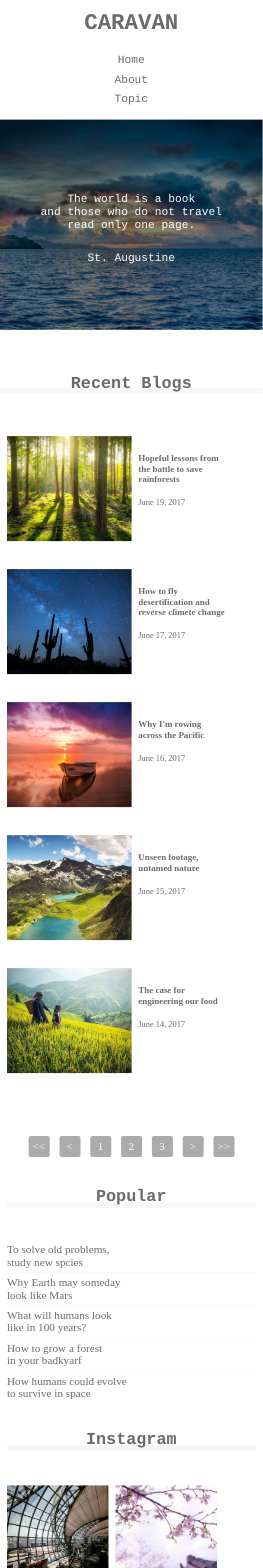
Repository: tkikokiko/webcamp-practice
Page: caravan/index.html
The author's editor kept a record of every edit. The page is drawn from the files as they stood at one moment, then again after the next edit.
The browser window is 375 px wide. The pictures show the part of the page from y = 0 to 2240 px (the page is 3142 px tall), at 70% of full size.
Some web libraries are served in a nearby version.

Above is the page before.

After the next edit:
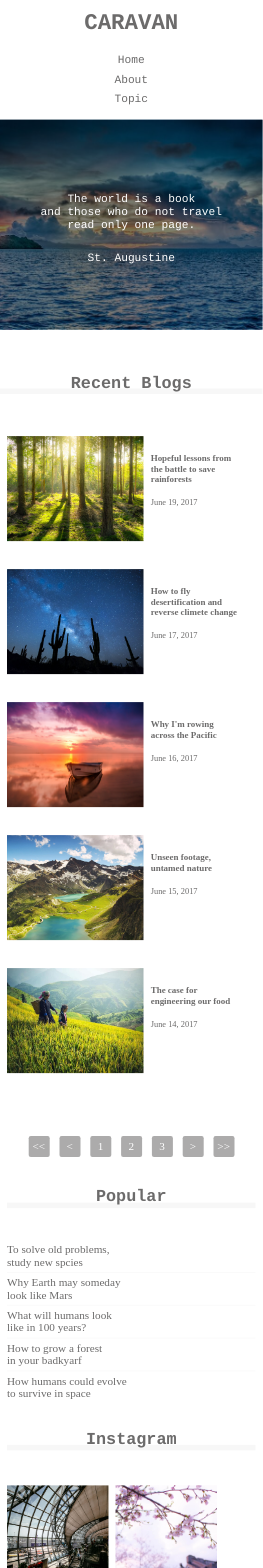
The edit:
--- a/caravan/style.css
+++ b/caravan/style.css
@@ -262,7 +262,7 @@
   }
 
   .blog-image {
-    width: 50%;
+    width: 55%;
     height: 150px;
     object-fit: cover;
   }
